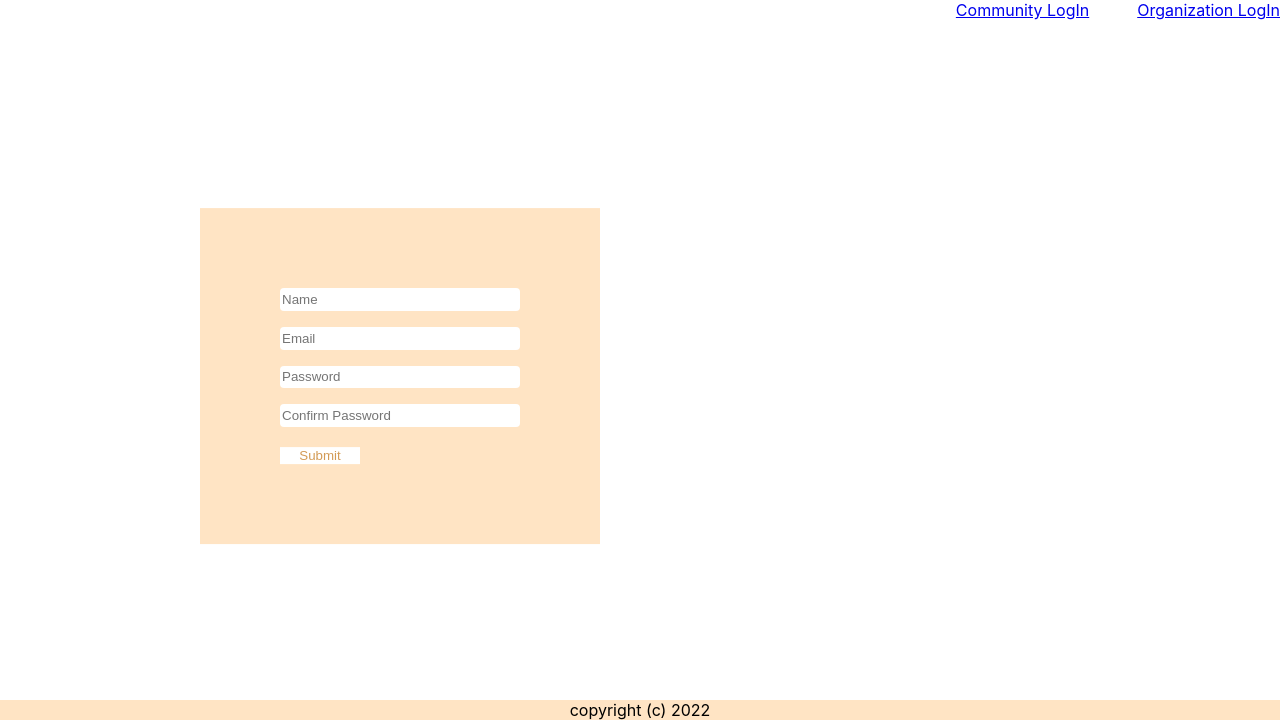
Repository: samuelp244/Ticket-Managment-System
Page: / (app in app/)
An editor plug-in stored every save of this project. The page is shown before and after a run of saves, followed by the edit.
The browser window is 1280 px wide. The pictures show the whole page.
The project was rebuilt for these pictures with package versions that can differ from the ones it lists, and the page was loaded fresh each time.

Above is the page before, as saved 2022-08-17 18:28:03.

### app/src/App.tsx
import React from 'react';
import { BrowserRouter as Router, Route, Routes} from "react-router-dom"
import Footer from './components/Footer';
import SignUpComm from './components/forms/SignUpComm';

import MainPage from './components/MainPage';


function App() {
  return (
    <div className="">
      {/* <Router>
        <Routes>
          <Route path="/" element={<MainPage/>}></Route>
          <Route path="/signup" element={<SignUpComm/>}></Route>
        </Routes>
      </Router> */}
      <MainPage/>
      <SignUpComm/>
      <Footer/>
    </div>
  );
}

export default App;

### app/src/components/Footer.tsx
import React from 'react'
import './footer.css'

const Footer = () => {
  return (
    <div className="footer">
      copyright (c) 2022
    </div>
  )
}

export default Footer

### app/src/components/forms/SignUpComm.tsx
import React from 'react';
import './SignUpComm.css'

const SignUpComm = () => {
  return (
    <form>
        <div className='details'>
          <input type="text" placeholder='Name'/>
          {/* <select name="account type" id="acct-type">
              <option value="customer">Individual</option>
              <option value="root-user">Organization</option>
          </select> */}
          <input type="email" placeholder='Email' required/>
          <input type="password" placeholder='Password' required/>
          <input type="password" placeholder='Confirm Password' required/>
        </div>
        <button type="submit">Submit</button>

    </form>
  )
}

export default SignUpComm

### app/src/components/MainPage.tsx
import React from 'react'
import './MainPage.css'
const MainPage = () => {
  return (
    <div className="main-page">
      <a href="#signupC">Community LogIn</a>

      <a href="#signupO">Organization LogIn</a>
    </div>
  )
}

export default MainPage;

### app/src/components/footer.css
.footer{
    width: 100%;
    max-height: max-content;
    position: fixed;
    align-items: center;
    text-align: center;
    bottom: 0;
    background-color: bisque;
}

### app/src/components/forms/SignUpComm.css
form{
    margin-top: 20px;
    padding: 5rem;
    width: 15rem;
    display: flex;
    flex-direction: column;
    background-color: bisque;
    top: 50%;
    left: 50%;
    transform: translate(50%, 50%);
}

.details{
    display: flex;
    flex-direction: column;
    row-gap: 1rem;

}

button{
    margin-top: 20px;
    width: 5rem;
    color: rgb(211, 155, 86);
    background-color: white;
    border: none;

}

input{
    border: none;
    height: 1.3rem;
    border-radius: 4px;
}

### app/src/components/MainPage.css
.main-page {
    display: flex;
    flex-direction:row;
    justify-content: right;
    column-gap: 3rem;
    align-items: center;
}

Loaded but not shown: app/public/index.html (common file); app/src/index.tsx (common file); app/src/index.css (common file)

After the next 5 saves:
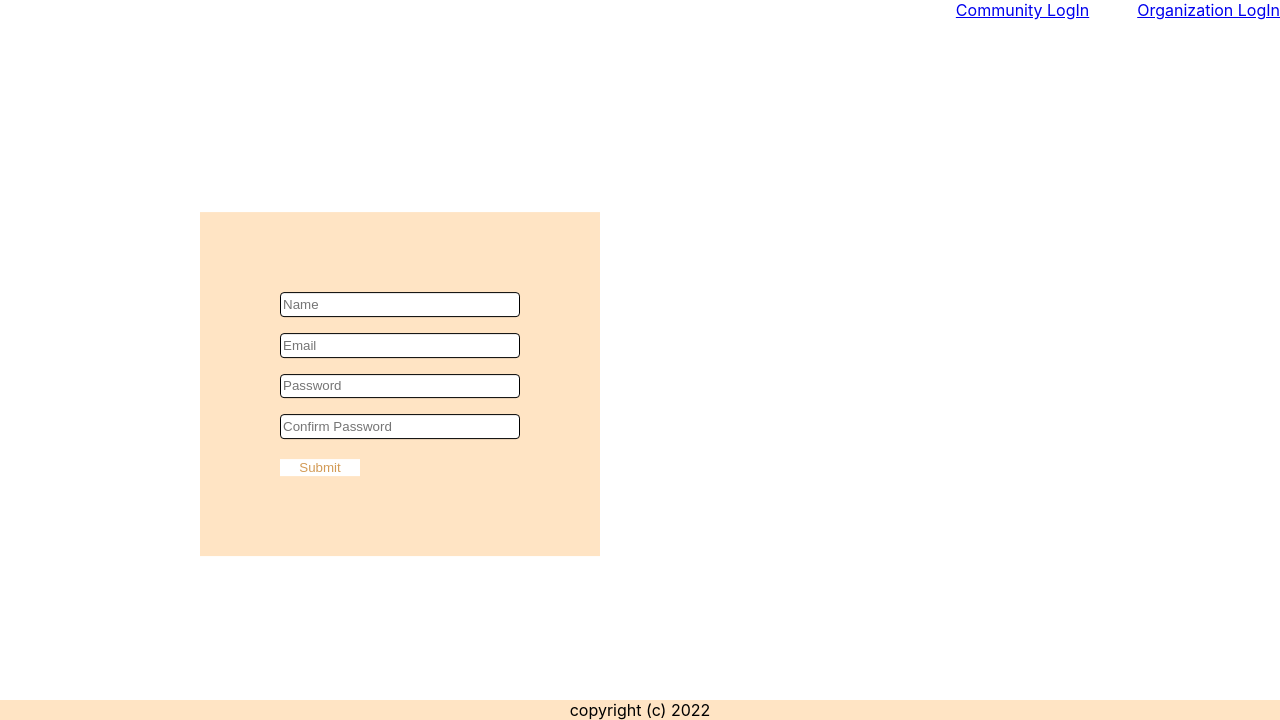
The 5 saves are shown as one change because they came seconds apart.
The last was saved 26 s later.
--- a/app/src/components/forms/SignUpComm.css
+++ b/app/src/components/forms/SignUpComm.css
@@ -27,7 +27,7 @@ button{
 }
 
 input{
-    border: none;
+    border: 1px solid ;
     height: 1.3rem;
     border-radius: 4px;
 }
